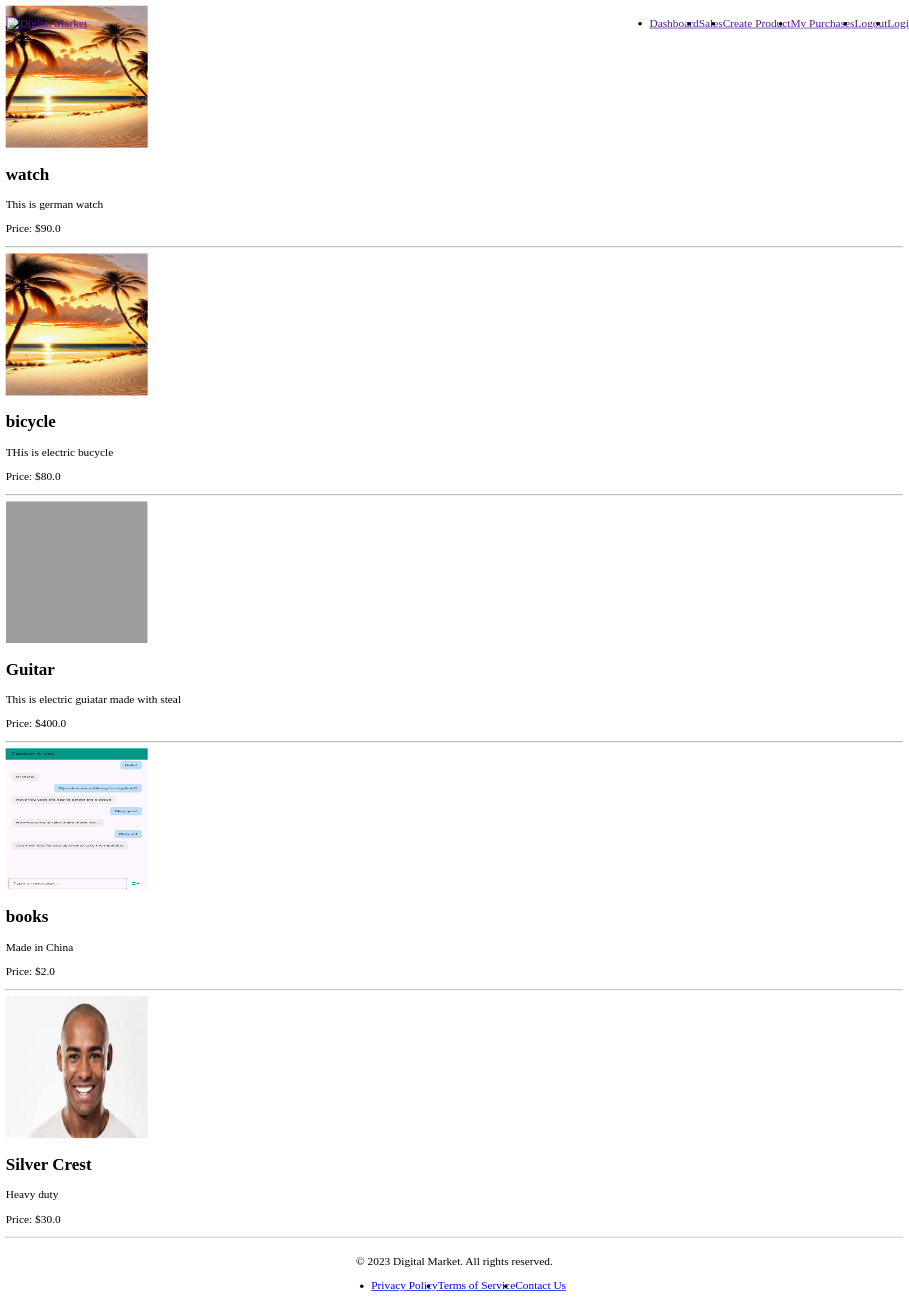
Repository: Zedestar/DigitalMarket_django
Page: http://localhost/
The author's editor kept a copy of each file at every save. The page is drawn from the files as they stood at one save, then again after the next save.
The browser window is 1280 px wide. The pictures show the whole page, at 71% of full size.
Pictures or frames that could not be fetched are drawn as grey boxes. The page is served by the project's application, run on Django 5.2 (manage.py). Other server files are loaded and not shown. Style sheets and scripts are compiled from the project's sources, by tool versions that may differ from the author's. The page reads the database file committed with the project.

Above is the page before, as saved 2025-03-19 18:19:56.

### myapp/templates/myapp/index.html
{% extends 'base.html' %}
{% block body %}
    <div class="container mx-auto mt-10 w-full bg-black">
        {% for product in products %}
            <div>
                <div>
                    <img src="{{ product.photo }}"
                         alt="{{ product.name }}"
                         width="200px"
                         height="200px">
                </div>
                <h2 class="font-bold">{{ product.name }}</h2>
                <p>{{ product.description }}</p>
                <p>Price: ${{ product.price }}</p>
                <hr>
            </div>
        {% endfor %}
    </div>
{% endblock body %}

### templates/base.html
{% load static %}
<!DOCTYPE html>
<html lang="en">
    <head>
        <meta charset="UTF-8">
        <meta name="viewport" content="width=device-width, initial-scale=1.0">
        <meta name="keywords">
        <meta name="description">
        <title>Document</title>
        <link rel="stylesheet" href="{% static 'tailwind/styles.css' %}">
    </head>
    <body class="bg-gray-200 flex flex-col min-h-screen">
        {% include 'partials/navbar.html' %}
        <main class="flex-grow">
            {% block body %}
            {% endblock body %}
        </main>
        {% include 'partials/footer.html' %}
    </body>
</html>

### templates/partials/navbar.html
<nav class="fixed top-0 w-full z-10">
    <div class="flex justify-between shadow-lg py-2 text-sm font-medium">
        <a href="" class="flex items-center justify-center ml-6">
            <img src="" alt="" height="20px" width="20px">
            <span class="mx-2 text-green-600 text-24">Digital Market</span>
        </a>
        <ul class="mr-6 flex">
            <li class="mx-4">
                <a href="">Dashboard</a>
            </li>
            <li class="mx-4">
                <a href="">Sales</a>
            </li>
            <li class="mx-4">
                <a href="">Create Product</a>
            </li>
            <li class="mx-4">
                <a href="">My Purchases</a>
            </li>
            <li class="mx-4">
                <a href="">Logout</a>
            </li>
            <li class="mx-4">
                <a href="">Login</a>
            </li>
        </ul>
    </div>
</nav>

### templates/partials/footer.html
<footer class="bg-gray-200 text-black py-1 shadow-lg bottom-0 w-full">
    <div class="container mx-auto text-center">
        <p>&copy; 2023 Digital Market. All rights reserved.</p>
        <ul class="flex justify-center">
            <li class="mx-4">
                <a href="#" class="hover:underline">Privacy Policy</a>
            </li>
            <li class="mx-4">
                <a href="#" class="hover:underline">Terms of Service</a>
            </li>
            <li class="mx-4">
                <a href="#" class="hover:underline">Contact Us</a>
            </li>
        </ul>
    </div>
</footer>

### myapp/models.py
from django.db import models

# Create your models here.


class Product(models.Model):
    name = models.CharField(max_length=100, null=False, blank=False)
    description = models.TextField()
    price = models.FloatField(null=False, blank=False)
    photo = models.ImageField(upload_to='product-photos')
    created_at = models.DateTimeField(auto_now_add=True)
    updated_at = models.DateTimeField(auto_now=True)

    def __str__(self):
        return self.name

### myapp/views.py
from django.shortcuts import render
from .models import Product

# Create your views here.


def index(request):
    products = Product.objects.all()
    context = {
        'products' : products
    }
    return render(request, 'myapp/index.html', context=context)

### DigitalMarket/urls.py
"""
URL configuration for DigitalMarket project.

The `urlpatterns` list routes URLs to views. For more information please see:
    https://docs.djangoproject.com/en/5.1/topics/http/urls/
Examples:
Function views
    1. Add an import:  from my_app import views
    2. Add a URL to urlpatterns:  path('', views.home, name='home')
Class-based views
    1. Add an import:  from other_app.views import Home
    2. Add a URL to urlpatterns:  path('', Home.as_view(), name='home')
Including another URLconf
    1. Import the include() function: from django.urls import include, path
    2. Add a URL to urlpatterns:  path('blog/', include('blog.urls'))
"""
from django.contrib import admin
from django.urls import path, include
from django.conf import settings
from django.conf.urls.static import static

urlpatterns = [
    path('admin/', admin.site.urls),
    path('', include('myapp.urls')),
]

urlpatterns += static(settings.MEDIA_URL, document_root=settings.MEDIA_ROOT)

### myapp/urls.py
from .  import views
from django.urls import path

urlpatterns = [
    path('', views.index, name='index_view'),
]

### db.sqlite3 (the tables this page reads, as SQL)
CREATE TABLE "myapp_product" ("id" integer NOT NULL PRIMARY KEY AUTOINCREMENT, "name" varchar(100) NOT NULL, "description" text NOT NULL, "price" real NOT NULL, "created_at" datetime NOT NULL, "updated_at" datetime NOT NULL, "photo" varchar(100) NOT NULL, "category_id" bigint NULL REFERENCES "myapp_category" ("id") DEFERRABLE INITIALLY DEFERRED);
INSERT INTO "myapp_product" VALUES
(5, 'watch', 'This is german watch', 90.0, '2025-03-19 15:09:57.364696', '2025-03-19 15:09:57.364696', 'product-photos/wallpaper_T6tvKyB.jpg', NULL),
(6, 'bicycle', 'THis is electric bucycle', 80.0, '2025-03-19 15:11:28.591059', '2025-03-19 15:11:28.591059', 'product-photos/wallpaper_3pVK7fH.jpg', NULL),
(7, 'Guitar', 'This is electric guiatar made with steal', 400.0, '2025-03-19 15:36:16.491002', '2025-03-19 15:36:16.496000', 'product-photos/zedddy.jpg', NULL),
(8, 'books', 'Made in China', 2.0, '2025-03-19 17:16:41.118921', '2025-03-19 17:16:41.118921', 'product-photos/tempFileForShare_20250207-083344.jpg', NULL),
(9, 'Silver Crest', 'Heavy duty', 30.0, '2025-03-19 17:18:02.422139', '2025-03-19 17:18:02.422139', 'product-photos/african_men.jpg', NULL);

Loaded but not shown: static/tailwind/tailwindClasses.css (common file)

After the next save:
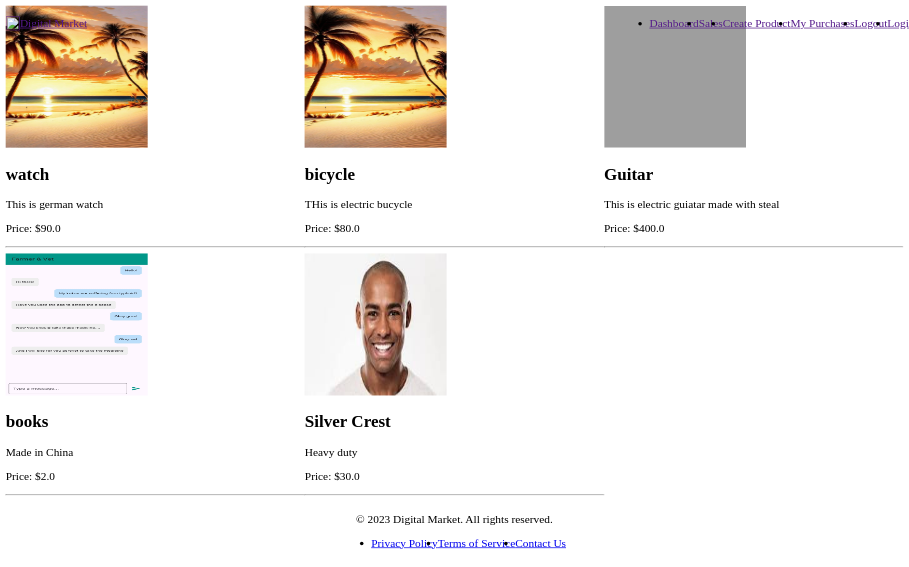
Saved 70 s later.
--- a/myapp/templates/myapp/index.html
+++ b/myapp/templates/myapp/index.html
@@ -1,6 +1,6 @@
 {% extends 'base.html' %}
 {% block body %}
-    <div class="container mx-auto mt-10 w-full bg-black">
+    <div class="container mx-auto mt-10 w-full bg-black grid grid-cols-3 gap-4">
         {% for product in products %}
             <div>
                 <div>
